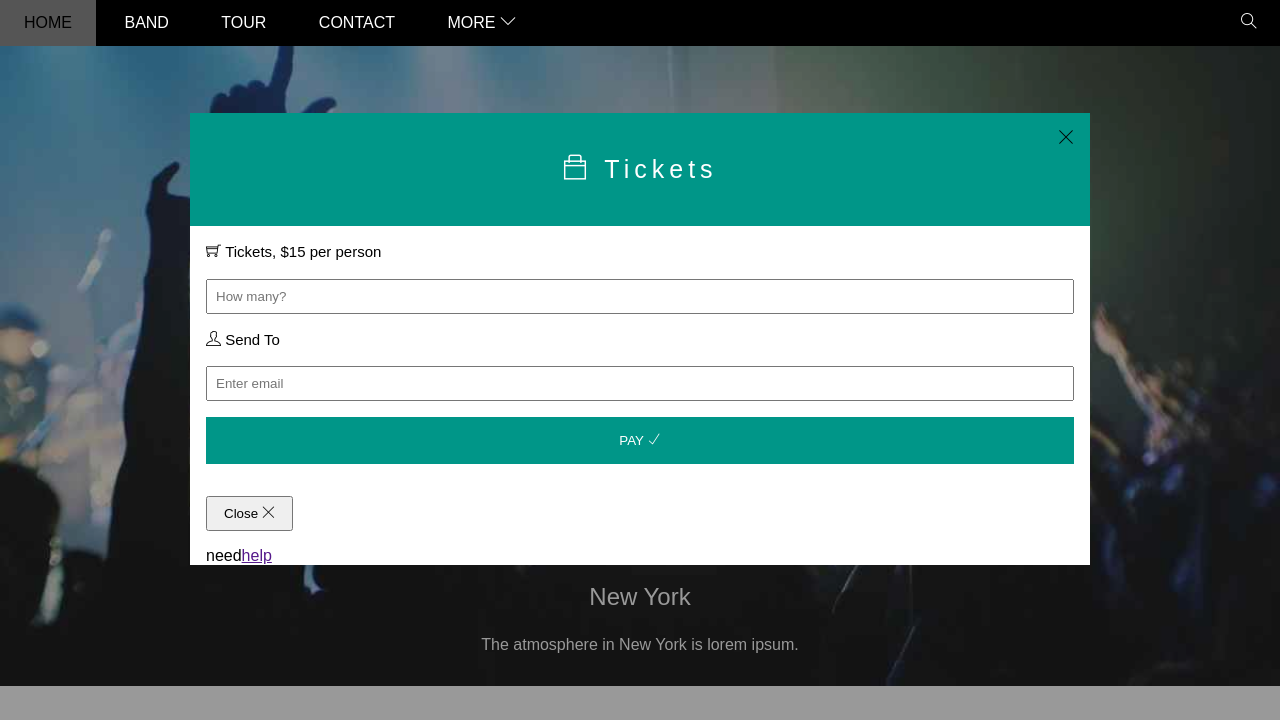
Repository: tung1233hhhhhhhhhhhhh/Website
Page: w3_band/index.html
These files come from the project's save history. The page is drawn as it stood at one moment and after the next save; the edit follows.
The browser window is 1280 px wide. The pictures show the window.
A layer covers the whole window, so only the first screen is drawn.

Above is the page before, as saved 2023-02-18 21:51:03.

After the next save:
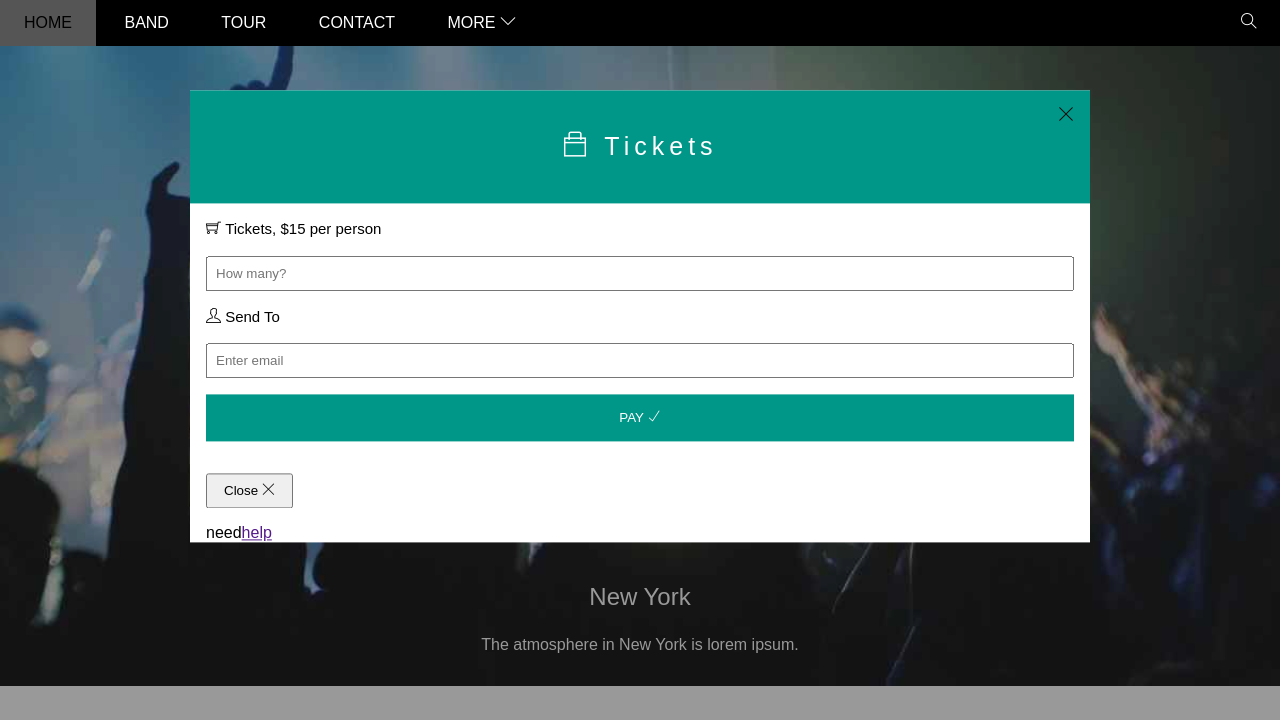
Saved 10 s later.
--- a/w3_band/assets/css/style.css
+++ b/w3_band/assets/css/style.css
@@ -389,7 +389,7 @@
     /* height: 400px; */
     background-color: #FFF;
     margin: 0 auto;
-    transform: translateY(25%);
+    transform: translateY(20%);
     position: relative;
 }
 
